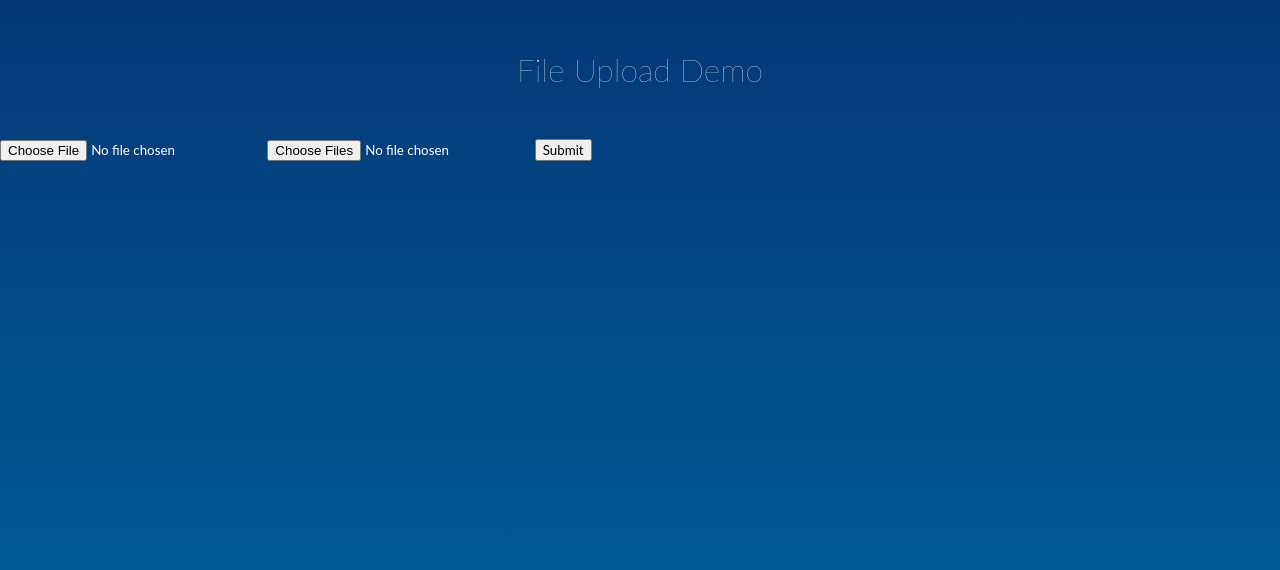
Repository: rakeshgowdan/Servlets-Jsp
Page: http://localhost/FileUploadDemo/
An editor plug-in stored every save of this project. The page is shown before and after the next save, followed by the edit.
The browser window is 1280 px wide. The pictures show the whole page.
The page is served by Tomcat 9. Other server files are loaded and not shown.

Above is the page before, as saved 2019-02-04 15:52:16.

### FileUploadDemo/src/main/webapp/index.jsp
<html>
<body>
<head>
<h1>File Upload Demo</h1>
<style>
/* ===================== BASIC STYLING ===================== */
* {
	box-sizing: border-box;
	font-family: 'Lato', sans-serif;
}

html, body {
	margin: 0;
	padding: 0;
	font-weight: 300;
	height: 100%;
	background: #053777;
	color: #fff;
	font-size: 16px;
	overflow: hidden;
	background: -moz-linear-gradient(top, #053777 0%, #00659b 100%);
	/* FF3.6+ */
	background: -webkit-gradient(linear, left top, left bottom, color-stop(0%, #053777),
		color-stop(100%, #00659b));
	/* Chrome,Safari4+ */
	background: -webkit-linear-gradient(top, #053777 0%, #00659b 100%);
	/* Chrome10+,Safari5.1+ */
	background: -o-linear-gradient(top, #053777 0%, #00659b 100%);
	/* Opera 11.10+ */
	background: -ms-linear-gradient(top, #053777 0%, #00659b 100%);
	/* IE10+ */
	background: linear-gradient(to bottom, #053777 0%, #00659b 100%);
	/* W3C */
}

h1 {
	text-align: center;
	margin: 50px auto;
	font-weight: 100;
}
}
}
</style>
</head>





<div class="container">
  <form action="Upload" method="post" enctype="multipart/form-data" class="form">
    <div class="file-upload-wrapper" data-text="Select your file!">
      <input name="file-upload-field" type="file" class="file-upload-field" value="">
      <input type="file" name="file" multiple /> <input type="submit">
    </div>
  </form>
</div>

</form>
</body>
</html>

After the next save:
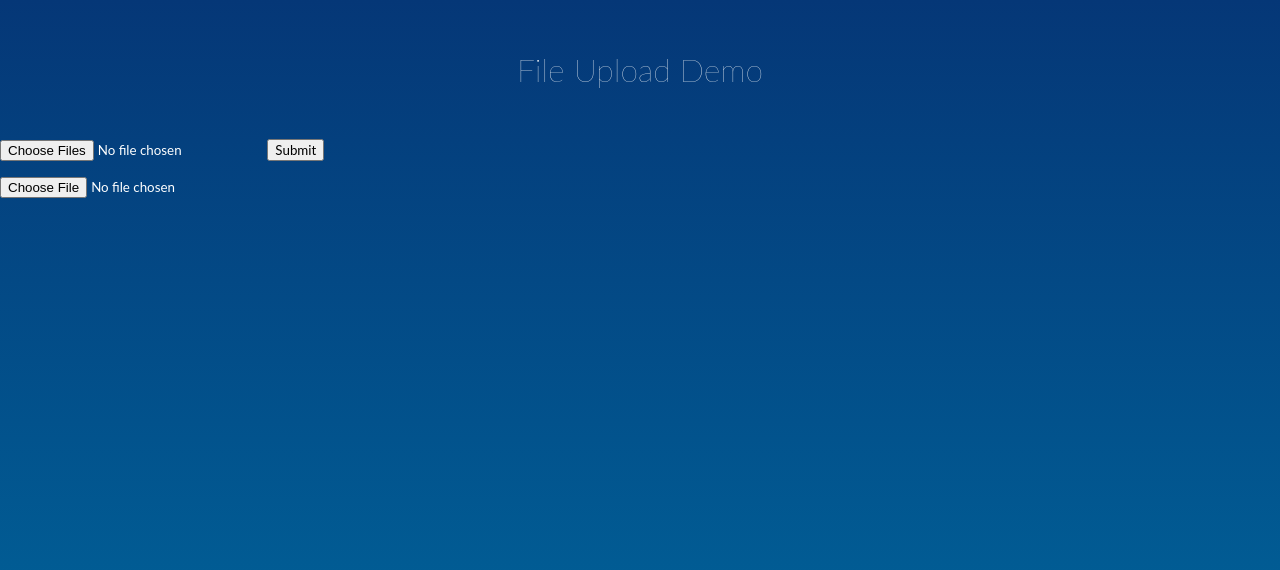
Saved 97 s later.
--- a/FileUploadDemo/src/main/webapp/index.jsp
+++ b/FileUploadDemo/src/main/webapp/index.jsp
@@ -42,19 +42,17 @@ h1 {
 }
 </style>
 </head>
+<div class="container">
+<form action="Upload" method="post" enctype="multipart/form-data">
 
-
-
-
-
-<div class="container">
-  <form action="Upload" method="post" enctype="multipart/form-data" class="form">
+	<input type="file" name="file" multiple /> <input type="submit">
+  </form>
+</div>
+  <form class="form">
     <div class="file-upload-wrapper" data-text="Select your file!">
       <input name="file-upload-field" type="file" class="file-upload-field" value="">
-      <input type="file" name="file" multiple /> <input type="submit">
     </div>
-  </form>
-</div>
+
 
 </form>
 </body>
